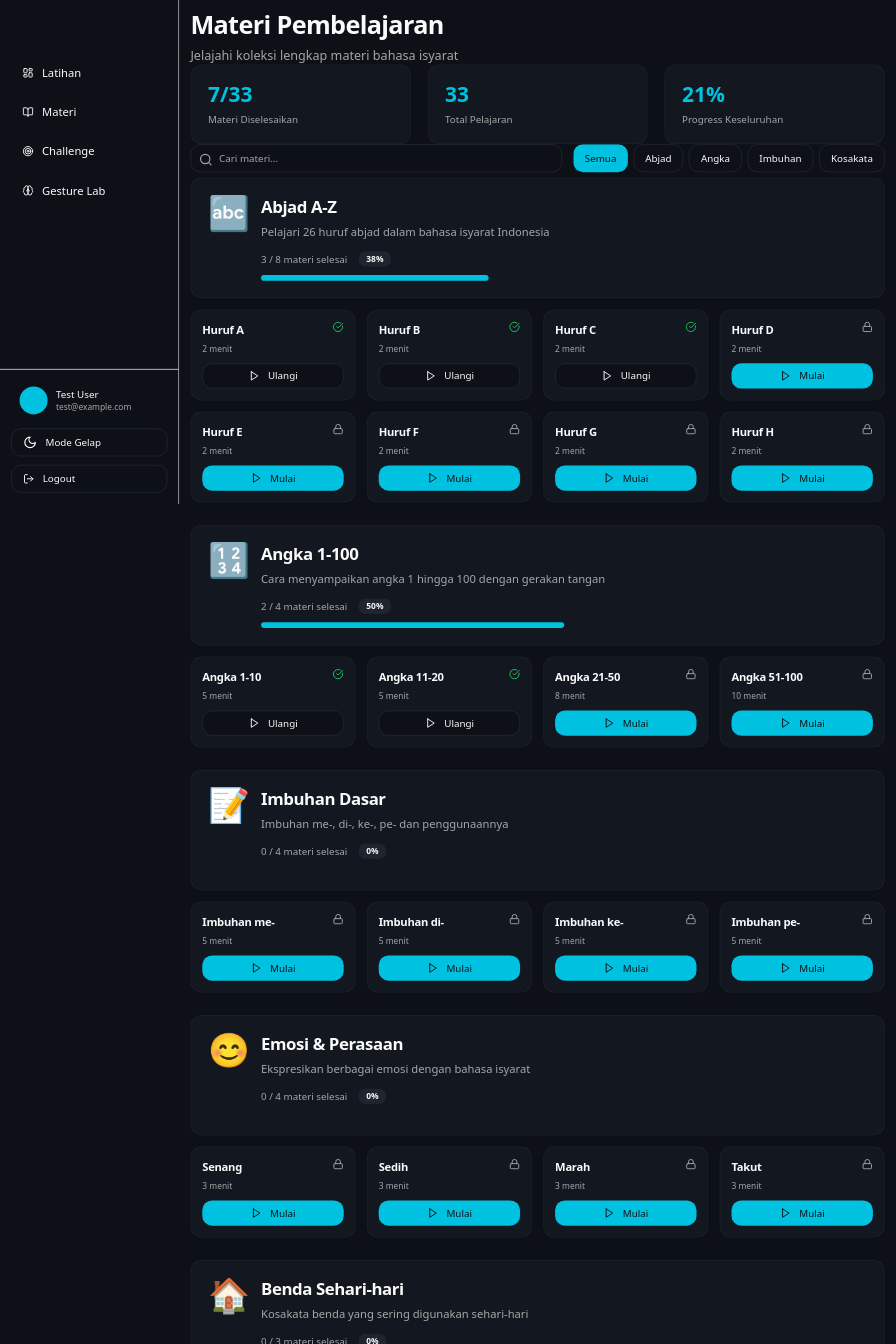
Repository: Tisna7/GESTURA
Page: http://localhost/materi
These files come from the project's save history. The page is drawn as it stood at one moment and after the next save; the edit follows.
The browser window is 1280 px wide. The pictures show the part of the page from y = 0 to 1920 px (the page is 3184 px tall), at 70% of full size.
Pictures or frames that could not be fetched are drawn as grey boxes. The page is served by the project's Laravel application, run on PHP 8.4 with Laravel 12. A made-up administrator, Test User (test@example.com), is signed in. Style sheets and scripts are compiled from the project's sources, by tool versions that may differ from the author's.

Above is the page before, as saved 2025-11-23 20:55:58.

After the next save:
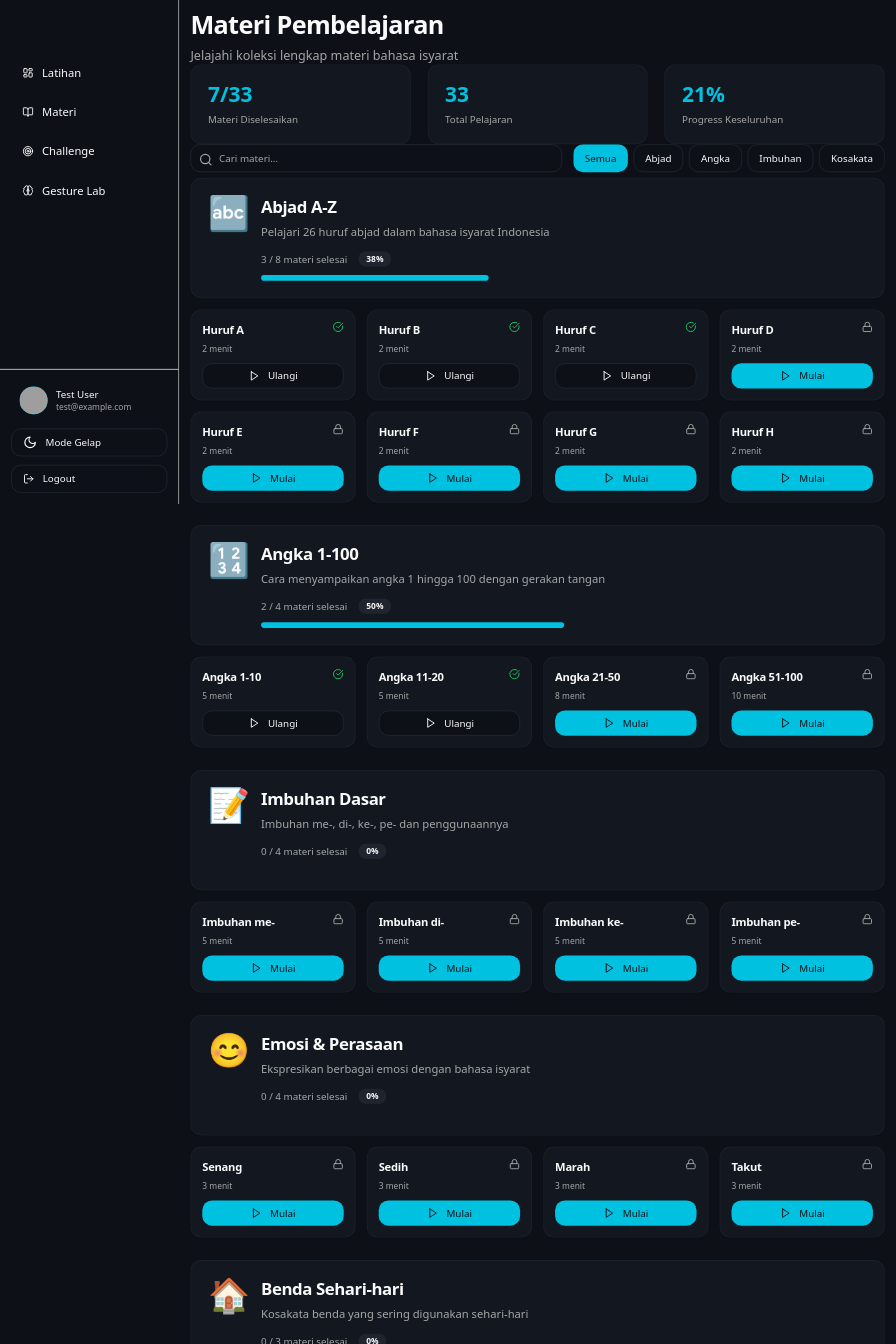
Saved 74 s later.
--- a/resources/views/components/sidebar-user.blade.php
+++ b/resources/views/components/sidebar-user.blade.php
@@ -107,7 +107,8 @@
             <button
                 class="w-full flex items-center gap-3 px-3 py-2 rounded-xl hover:bg-sidebar-accent transition-smooth"
                 type="button">
-                <span class="relative flex items-center justify-center shrink-0 overflow-hidden rounded-full w-10 h-10 bg-primary"></span>
+                <span class="relative flex items-center justify-center shrink-0 overflow-hidden rounded-full w-10 h-10 bg-primary"><img class="h-full w-full object-cover"
+        src="https://api.dicebear.com/7.x/avataaars/svg?seed={{ Auth::user()->profile_image }}"></span>
                 <div class="flex-1 text-left">
                     <p class="text-sm font-medium text-sidebar-foreground">{{ Auth::user()->name }}</p>
                     <p class="text-xs text-muted-foreground">{{ Auth::user()->email }}</p>
